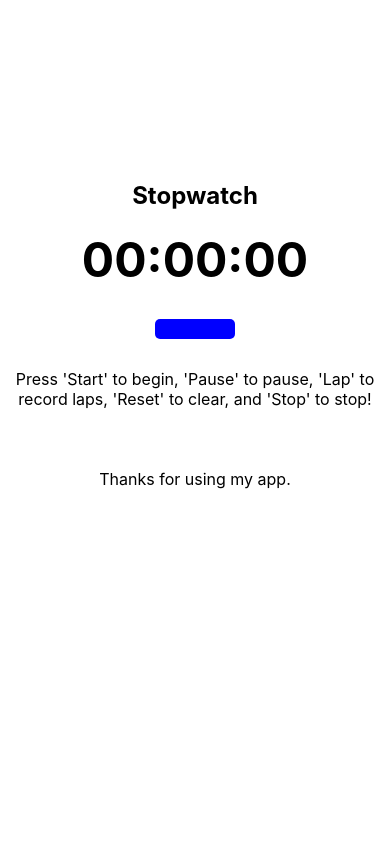
Repository: Shopify/eng-intern-assessment-react-native
Screen: /
These files come from the project's save history. The screen is drawn as it stood at one moment and after the next save; the edit follows.
The app was drawn by React Native's web renderer in a window 390 px wide. The project was rebuilt for these pictures with package versions that can differ from the ones it lists, and the page was loaded fresh each time.

Above is the screen before, as saved 2024-01-13 11:37:43.

After the next save:
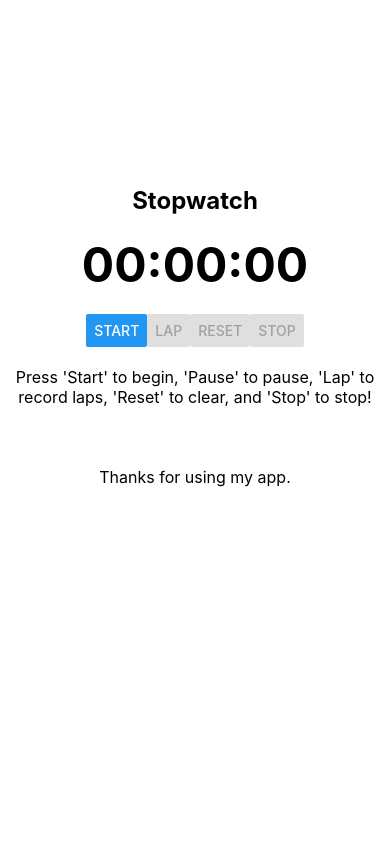
Saved 7 s later.
--- a/src/StopWatchButton.tsx
+++ b/src/StopWatchButton.tsx
@@ -1,37 +1,25 @@
+// Josh Chen
+// 2024-Jan-10
+
 import React from 'react';
-import { TouchableOpacity, Text, StyleSheet } from 'react-native';
+import { Button, View } from 'react-native';
 
-// Define props type for the StopWatchButton component
-interface StopwatchButtonProps {
-  onPress: () => void; // Function to handle button press
-  title: string;       // Text to display on the button
+export default function StopwatchButton({ onStartStopResume, onReset, onLap, onStop, running, hasStarted }: {
+  onStartStopResume: () => void;
+  onReset: () => void;
+  onLap: () => void;
+  onStop: () => void;
+  running: boolean;
+  hasStarted: boolean;
+}) {
+  let buttonLabel = running ? "Pause" : hasStarted ? "Resume" : "Start";
+
+  return (
+    <View style={{ flexDirection: 'row', justifyContent: 'space-around' }}>
+      <Button title={buttonLabel} onPress={onStartStopResume} />
+      <Button title="Lap" onPress={onLap} disabled={!running} />
+      <Button title="Reset" onPress={onReset} disabled={!hasStarted} />
+      <Button title="Stop" onPress={onStop} disabled={!hasStarted} />
+    </View>
+  );
 }
-
-// The StopWatchButton component
-const StopWatchButton: React.FC<StopwatchButtonProps> = ({ onPress, title }) => {
-  return (
-    // TouchableOpacity is used for the button to provide feedback on touch
-    <TouchableOpacity onPress={onPress} style={styles.button}>
-      {/* Text component displays the title of the button */}
-      <Text style={styles.buttonText}>{title}</Text>
-    </TouchableOpacity>
-  );
-};
-
-// StyleSheet for styling the button and the text inside it
-const styles = StyleSheet.create({
-  button: {
-    backgroundColor: 'blue',
-    padding: 10,
-    margin: 10,
-    borderRadius: 5,
-    minWidth: 80,
-    alignItems: 'center',
-  },
-  buttonText: {
-    color: 'white',
-    fontSize: 18,
-  },
-});
-
-export default StopWatchButton;
